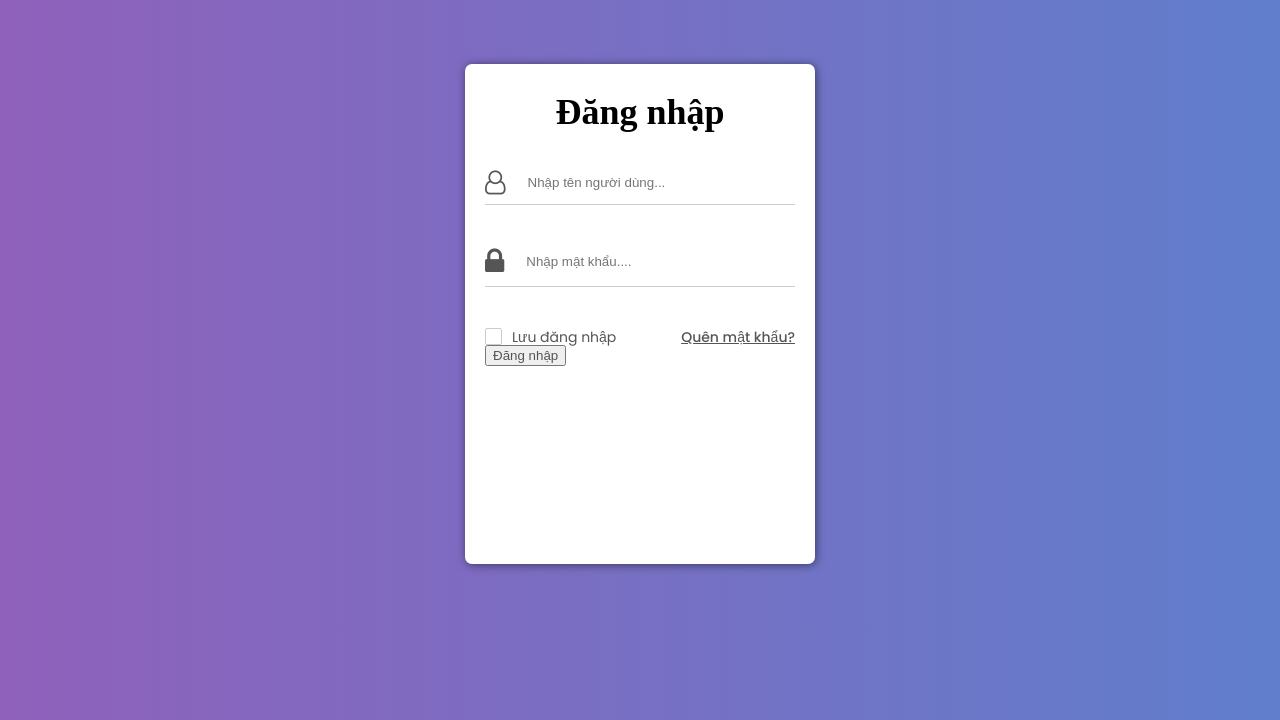
Repository: Nieday306/shophoaqua
Page: login.html
An editor plug-in stored every save of this project. The page is shown before and after the next save, followed by the edit.
The browser window is 1280 px wide. The pictures show the whole page.

Above is the page before, as saved 2024-04-06 18:29:43.

### login.html
<!DOCTYPE html>
<html lang="en">
  <head>
    <meta charset="UTF-8" />
    <meta name="viewport" content="width=device-width, initial-scale=1.0" />
    <!-- reset css -->
    <link rel="stylesheet" href="./assets/css/reset.css" />
    <!-- style css -->
    <link rel="stylesheet" href="./assets/css/style.css" />
    <!-- login css -->
    <link rel="stylesheet" href="./assets/css/login.css" />
    <!-- font  -->
    <link rel="stylesheet" href="./assets/font/stylesheet.css" />
    <title>CTN - Đăng nhập</title>
    <!-- font awesome -->
    <link
      rel="stylesheet"
      href="https://cdnjs.cloudflare.com/ajax/libs/font-awesome/4.7.0/css/font-awesome.min.css"
    />
  </head>
  <body>
    <main>
      <div class="login">
        <form
          action="https://api-gateway.fullstack.edu.vn/action_page.php"
          method="post"
          autocomplete="off"
        >
          <h1 class="login-title">Đăng nhập</h1>
          <div class="form-group">
            <div class="row row-text">
              <label for="username"
                ><i class="fa fa-user-o" style="font-size: 24px"></i
              ></label>
              <input
                type="text"
                name="username"
                id="username"
                placeholder="Nhập tên người dùng..."
                required
                minlength="8"
              />
            </div>
            <p class="form-error">* Nhập từ 8 ký tự trở lên</p>
          </div>
          <div class="form-group">
            <div class="row row-text">
              <label for="password">
                <i class="fa fa-lock" style="font-size: 30px"></i>
              </label>
              <input
                type="text"
                name="password"
                id="password"
                placeholder="Nhập mật khẩu...."
                required
                minlength="8"
              />
            </div>
            <p class="form-error">* Nhập từ 8 kí tự trở lên</p>
          </div>
          <div class="form-group">
            <div class="row row-remember">
              <input type="checkbox" name="remember" id="remember" hidden />
              <label class="remember" for="remember">Lưu đăng nhập</label>
              <a href="#!" class="forgot-pass">Quên mật khẩu?</a>
            </div>
          </div>
          <div class="form-group">
            <div class="row">
              <input type="submit" value="Đăng nhập" class="submit" />
            </div>
          </div>
        </form>
      </div>
    </main>
  </body>
</html>

### assets/css/style.css
* {
  box-sizing: border-box;
}

html,
body {
  scroll-behavior: smooth;
}

html {
  font-size: 62.5%;
}

body {
  font-size: 1.6rem;
  font-family: "Poppins", sans-serif;
  margin: 0px auto;
}

### assets/css/login.css
:root {
  --color-word: #feffff;
}

body {
  background-image: linear-gradient(to right, #8f61bb, #607ecc);
}

/* ==================common=================== */
a {
  text-decoration: none;
  color: var(--color-word);
  font-size: 1.4rem;
  font-weight: 500;
}
/* main */

main {
  display: flex;
}

.login {
  background-color: #fff;
  width: 350px;
  min-height: 500px;
  margin: 5% auto;
  border-radius: 7px;
  box-shadow: 1px 1px 10px rgb(0, 0, 0, 0.5);
  padding: 0 20px;
}

.row {
  display: flex;
  justify-content: space-between;
  align-items: center;
}

.login-title {
  margin-top: 30px;
  font-family: "Times New Roman", Times, serif;
  font-size: 3.6rem;
  font-weight: 600;
  color: #000;
  text-align: center;
  margin-bottom: 40px;
}

.fa,
input {
  color: #555;
}

input[type="text"] {
  width: 100%;
  background-color: transparent;
  outline: none;
  border: none;
  margin-left: 20px;
}

.row-text {
  padding-bottom: 10px;
  border-bottom: 1px solid #ccc;
}

.form-error {
  color: red;
  opacity: 0.9;
  font-size: 1.4rem;
  margin: 7px 0 20px;
  visibility: hidden;
}

input[type="text"]:has(:invalid) ~ .form-error {
  visibility: visible;
}

.row-remember {
  margin-top: 10px;
}

.remember {
  position: relative;
  display: flex;
  align-items: center;
  gap: 10px;
  color: #555;
  font-size: 1.4rem;
}

.remember::before {
  content: "";
  display: inline-block;
  width: 15px;
  height: 15px;
  background-color: #fff;
  border: 1px solid#ccc;
  border-radius: 2px;
}

input[type="checkbox"]:checked ~ .remember::after {
  position: absolute;
  content: "";
  display: inline-block;
  height: 5px;
  width: 10px;
  top: 2px;
  left: 2px;
  border: 3px solid #737499;
  border-top: none;
  border-right: none;
  rotate: -45deg;
}

.remember::before,
.remember::after {
  cursor: pointer;
}

.forgot-pass {
  color: #555;
  text-decoration: underline;
}

.submit{
  mt
}

### assets/font/stylesheet.css
@font-face {
    font-family: 'Poppins';
    src: url('Poppins-Black.woff2') format('woff2'),
        url('Poppins-Black.woff') format('woff');
    font-weight: 900;
    font-style: normal;
    font-display: swap;
}

@font-face {
    font-family: 'Poppins';
    src: url('Poppins-Bold.woff2') format('woff2'),
        url('Poppins-Bold.woff') format('woff');
    font-weight: bold;
    font-style: normal;
    font-display: swap;
}

@font-face {
    font-family: 'Poppins';
    src: url('Poppins-BlackItalic.woff2') format('woff2'),
        url('Poppins-BlackItalic.woff') format('woff');
    font-weight: 900;
    font-style: italic;
    font-display: swap;
}

@font-face {
    font-family: 'Poppins';
    src: url('Poppins-BoldItalic.woff2') format('woff2'),
        url('Poppins-BoldItalic.woff') format('woff');
    font-weight: bold;
    font-style: italic;
    font-display: swap;
}

@font-face {
    font-family: 'Poppins';
    src: url('Poppins-ExtraLightItalic.woff2') format('woff2'),
        url('Poppins-ExtraLightItalic.woff') format('woff');
    font-weight: 200;
    font-style: italic;
    font-display: swap;
}

@font-face {
    font-family: 'Poppins';
    src: url('Poppins-ExtraBoldItalic.woff2') format('woff2'),
        url('Poppins-ExtraBoldItalic.woff') format('woff');
    font-weight: bold;
    font-style: italic;
    font-display: swap;
}

@font-face {
    font-family: 'Poppins';
    src: url('Poppins-ExtraBold.woff2') format('woff2'),
        url('Poppins-ExtraBold.woff') format('woff');
    font-weight: bold;
    font-style: normal;
    font-display: swap;
}

@font-face {
    font-family: 'Poppins';
    src: url('Poppins-Italic.woff2') format('woff2'),
        url('Poppins-Italic.woff') format('woff');
    font-weight: normal;
    font-style: italic;
    font-display: swap;
}

@font-face {
    font-family: 'Poppins';
    src: url('Poppins-ExtraLight.woff2') format('woff2'),
        url('Poppins-ExtraLight.woff') format('woff');
    font-weight: 200;
    font-style: normal;
    font-display: swap;
}

@font-face {
    font-family: 'Poppins';
    src: url('Poppins-Regular.woff2') format('woff2'),
        url('Poppins-Regular.woff') format('woff');
    font-weight: normal;
    font-style: normal;
    font-display: swap;
}

@font-face {
    font-family: 'Poppins';
    src: url('Poppins-LightItalic.woff2') format('woff2'),
        url('Poppins-LightItalic.woff') format('woff');
    font-weight: 300;
    font-style: italic;
    font-display: swap;
}

@font-face {
    font-family: 'Poppins';
    src: url('Poppins-SemiBold.woff2') format('woff2'),
        url('Poppins-SemiBold.woff') format('woff');
    font-weight: 600;
    font-style: normal;
    font-display: swap;
}

@font-face {
    font-family: 'Poppins';
    src: url('Poppins-Light.woff2') format('woff2'),
        url('Poppins-Light.woff') format('woff');
    font-weight: 300;
    font-style: normal;
    font-display: swap;
}

@font-face {
    font-family: 'Poppins';
    src: url('Poppins-Medium.woff2') format('woff2'),
        url('Poppins-Medium.woff') format('woff');
    font-weight: 500;
    font-style: normal;
    font-display: swap;
}

@font-face {
    font-family: 'Poppins';
    src: url('Poppins-MediumItalic.woff2') format('woff2'),
        url('Poppins-MediumItalic.woff') format('woff');
    font-weight: 500;
    font-style: italic;
    font-display: swap;
}

@font-face {
    font-family: 'Poppins';
    src: url('Poppins-Thin.woff2') format('woff2'),
        url('Poppins-Thin.woff') format('woff');
    font-weight: 100;
    font-style: normal;
    font-display: swap;
}

@font-face {
    font-family: 'Poppins';
    src: url('Poppins-ThinItalic.woff2') format('woff2'),
        url('Poppins-ThinItalic.woff') format('woff');
    font-weight: 100;
    font-style: italic;
    font-display: swap;
}

@font-face {
    font-family: 'Poppins';
    src: url('Poppins-SemiBoldItalic.woff2') format('woff2'),
        url('Poppins-SemiBoldItalic.woff') format('woff');
    font-weight: 600;
    font-style: italic;
    font-display: swap;
}

Loaded but not shown: assets/css/reset.css (common file)

After the next save:
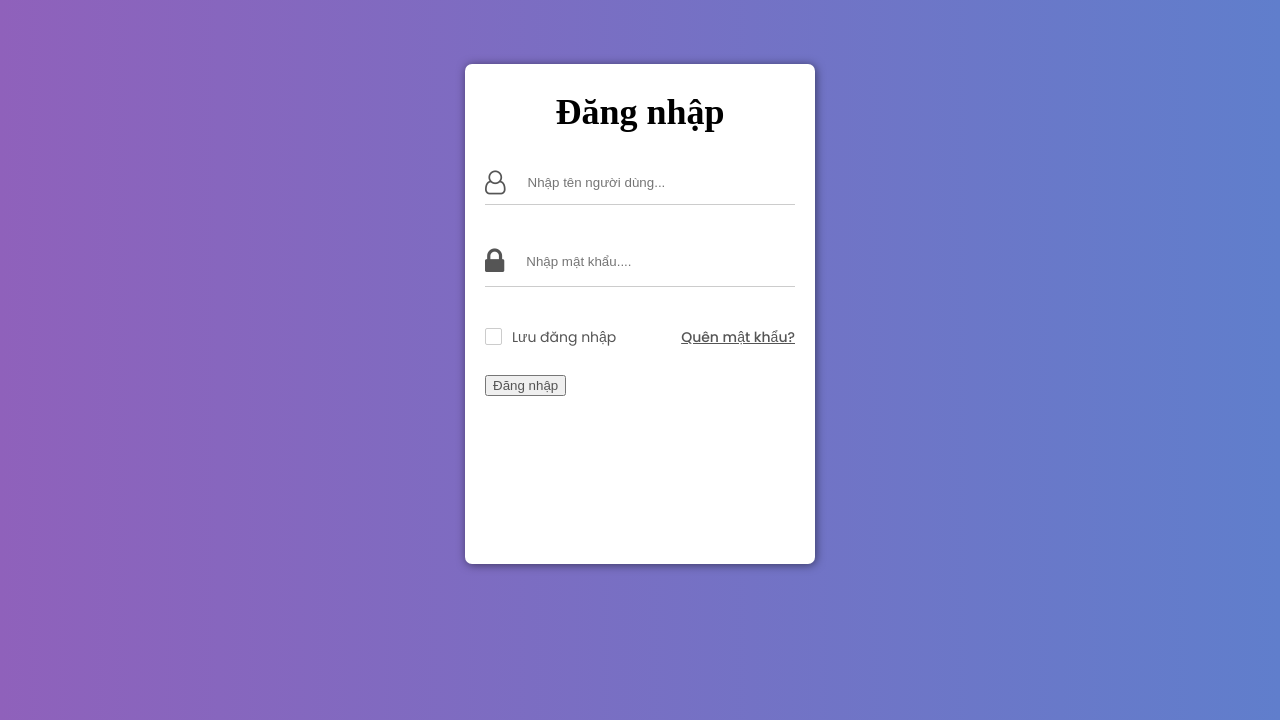
Saved 34 s later.
--- a/assets/css/login.css
+++ b/assets/css/login.css
@@ -122,6 +122,6 @@ input[type="checkbox"]:checked ~ .remember::after {
   text-decoration: underline;
 }
 
-.submit{
-  mt
+.submit {
+  margin-top: 30px;
 }
